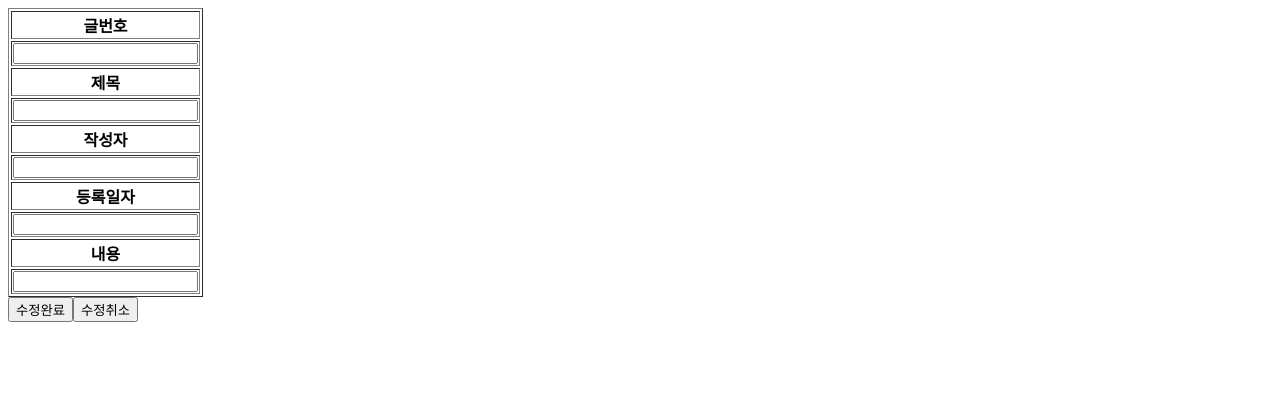
Repository: WoodongMaster/JSP_Workspace
Page: http://localhost/jsp_project2/board/modify.jsp
These files come from the project's save history. The page is drawn as it stood at one moment and after the next save; the edit follows.
The browser window is 1280 px wide. The pictures show the whole page.
The page is served by Tomcat 9. Other server files are loaded and not shown.

Above is the page before, as saved 2023-05-17 01:57:23.

### jsp_project2/jsp_project/jsp_project2/src/main/webapp/board/modify.jsp
<%@ page language="java" contentType="text/html; charset=UTF-8"
    pageEncoding="UTF-8"%>
<!DOCTYPE html>
<html>
<head>
<meta charset="UTF-8">
<title>수정페이지</title>
</head>
<body>
<form action="/brd/edit">
	<table border="1">
		<tr>
			<th>글번호</th>
		</tr>
		<tr align="center">
			<td><input name="bnum" value="${post.bnum}" readonly="readonly"></td>
		</tr>
		<tr>
			<th>제목</th>
		</tr>
		<tr align="center">
			<td><input name="title" value="${post.title}"></td>
		</tr>
		<tr>
			<th>작성자</th>
		</tr>
		<tr align="center">
			<td><input name="writer" value="${post.writer}" readonly="readonly"></td>
		</tr>
		<tr>
			<th>등록일자</th>
		</tr>
		<tr align="center">
			<td><input name="write_date" value="${post.write_date}" readonly="readonly"></td>
		</tr>
		<tr>
			<th>내용</th>
		</tr>
		<tr align="center">
			<td><input name="post" value="${post.post}"></td>
		</tr>
	</table>
	<button type="submit">수정완료</button><a href="/"><button>수정취소</button></a>
	</form>
</body>
</html>

After the next save:
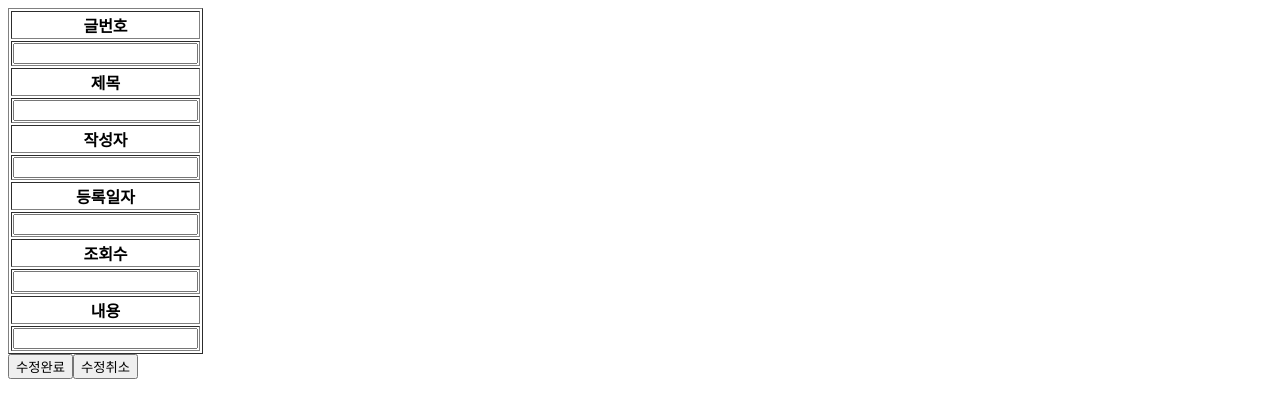
Saved 29 s later.
--- a/jsp_project2/jsp_project/jsp_project2/src/main/webapp/board/modify.jsp
+++ b/jsp_project2/jsp_project/jsp_project2/src/main/webapp/board/modify.jsp
@@ -34,6 +34,12 @@
 			<td><input name="write_date" value="${post.write_date}" readonly="readonly"></td>
 		</tr>
 		<tr>
+			<th>조회수</th>
+		</tr>
+		<tr align="center">
+			<td><input name="count" value="${post.count}" readonly="readonly"></td>
+		</tr>
+		<tr>
 			<th>내용</th>
 		</tr>
 		<tr align="center">
